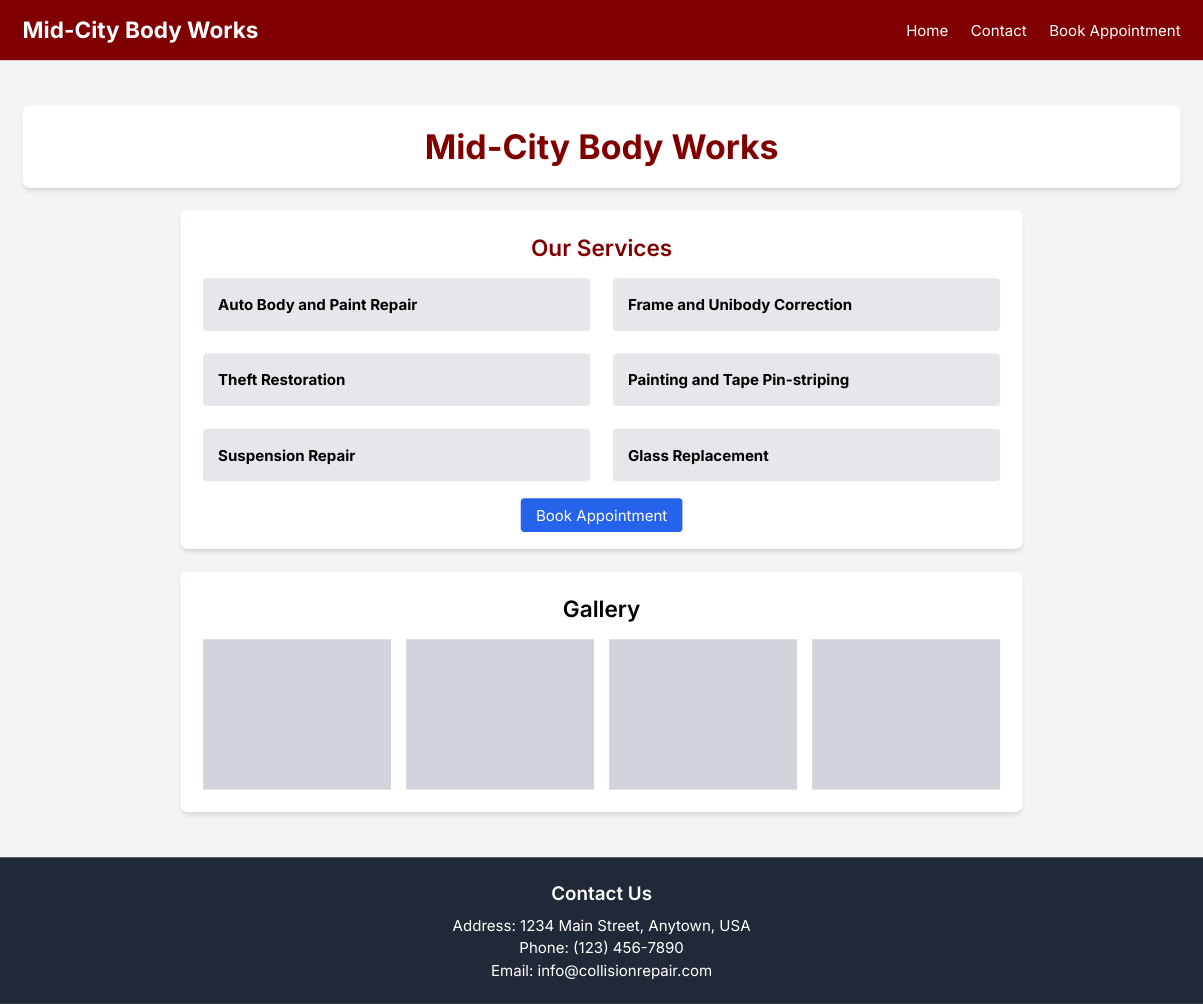
Repository: kayacancode/midcitybodyworks
Page: /
These files come from the project's save history. The page is drawn as it stood at one moment and after the next save; the edit follows.
The browser window is 1280 px wide. The pictures show the whole page, at 94% of full size.
The project was rebuilt for these pictures with package versions that can differ from the ones it lists, and the page was loaded fresh each time. The framework's server and built-in components were replaced by stand-ins that run in the browser. Also part of the build but not shown: next.config.mjs.

Above is the page before, as saved 2024-06-29 12:07:44.

After the next save:
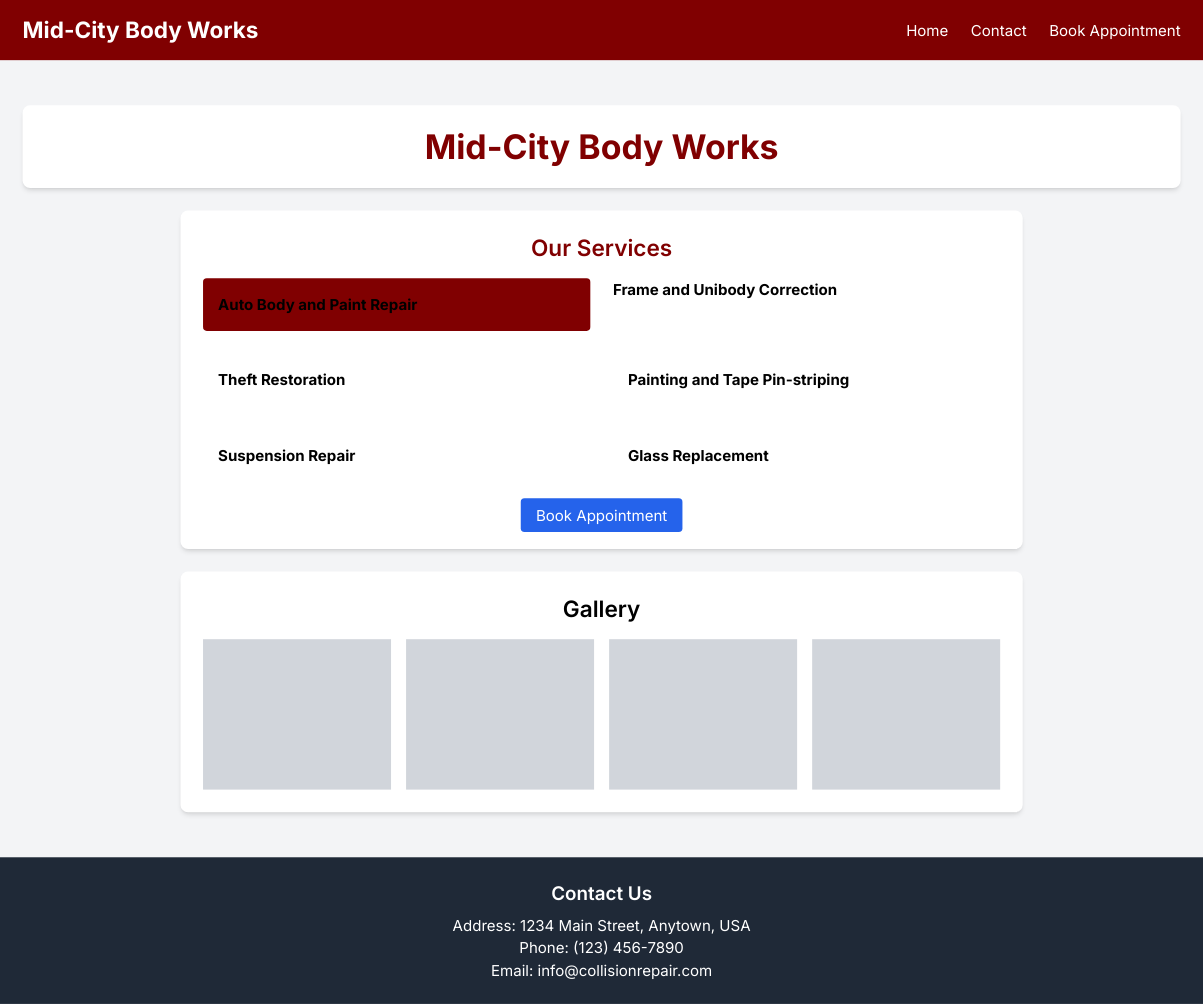
Saved 35 s later.
--- a/src/app/page.js
+++ b/src/app/page.js
@@ -25,22 +25,22 @@ export default function Home() {
         <section className="w-full max-w-4xl bg-white p-6 rounded-lg shadow-md mt-6">
           <h2 className="text-2xl font-semibold mb-4 text-[#800001] text-center">Our Services</h2>
           <div className="grid grid-cols-1 sm:grid-cols-2 gap-6">
-            <div className="bg-gray-200 p-4 rounded">
+            <div className="bg-[#800001] p-4 rounded">
               <h3 className="font-bold">Auto Body and Paint Repair</h3>
             </div>
-            <div className="bg-gray-200 p-4 rounded">
+            <div className="bg-[#800001]p-4 rounded">
               <h3 className="font-bold">Frame and Unibody Correction</h3>
             </div>
-            <div className="bg-gray-200 p-4 rounded">
+            <div className="bg--[#800001] p-4 rounded">
               <h3 className="font-bold">Theft Restoration</h3>
             </div>
-            <div className="bg-gray-200 p-4 rounded">
+            <div className="bg--[#800001] p-4 rounded">
               <h3 className="font-bold">Painting and Tape Pin-striping</h3>
             </div>
-            <div className="bg-gray-200 p-4 rounded">
+            <div className="bg--[#800001] p-4 rounded">
               <h3 className="font-bold">Suspension Repair</h3>
             </div>
-            <div className="bg-gray-200 p-4 rounded">
+            <div className="bg--[#800001] p-4 rounded">
               <h3 className="font-bold">Glass Replacement</h3>
             </div>
           </div>
